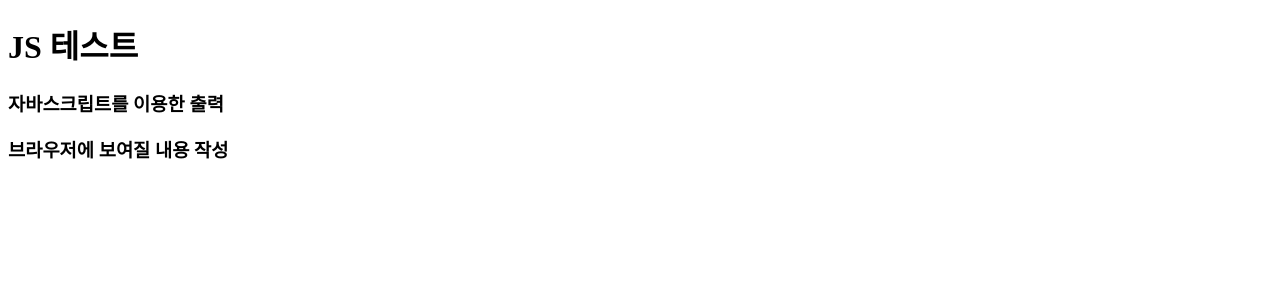
Repository: Baechangho/JavaBasic
Page: workspace_web/Front/src/main/webapp/js/js_01.html
The author's editor kept a copy of each file at every save. The page is drawn from the files as they stood at one save, then again after the next save.
The browser window is 1280 px wide. The pictures show the whole page.

Above is the page before, as saved 2023-08-04 00:39:22.

### workspace_web/Front/src/main/webapp/js/js_01.html
<!DOCTYPE html>
<html>
<head>
<meta charset="UTF-8">
<title>Insert title here</title>
<script type="text/javascript">
//한 줄 주석
/* 문장 주석 */

//------------------------------------------------

//출력1. 알림창 띄우기 - alert() 함수

alert();
alert(123);
alert(123.456);
alert("Hello");
alert('Hi');

// 자바스크립트의 실행코드에는
// ;세미콜론을 코드 마지막에 적는 것이
// 필수가 아니다

//------------------------------------------------

//출력2. <body>영역에 출력하기





</script>
</head>
<body>

<h1>JS 테스트</h1>
<h3>자바스크립트를 이용한 출력</h3>
<h3>브라우저에 보여질 내용 작성</h3>



</body>
</html>

After the next save:
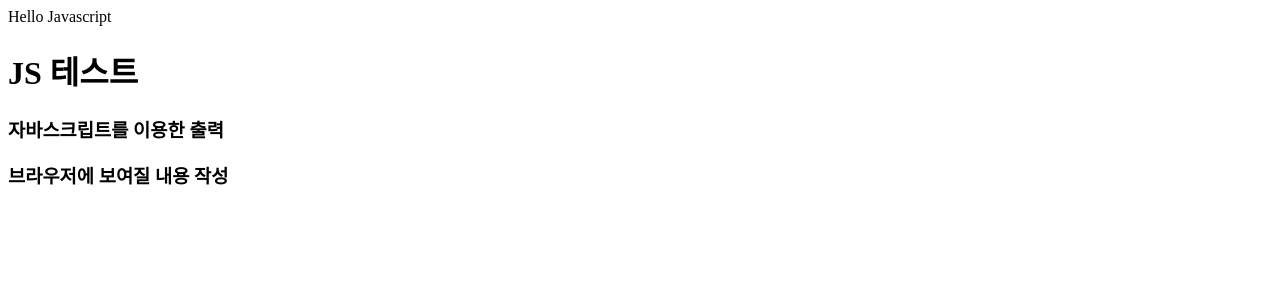
Saved 28 s later.
--- a/workspace_web/Front/src/main/webapp/js/js_01.html
+++ b/workspace_web/Front/src/main/webapp/js/js_01.html
@@ -25,6 +25,8 @@ alert('Hi');
 
 //출력2. <body>영역에 출력하기
 
+document.write('Hello Javascript')
+
 
 
 
